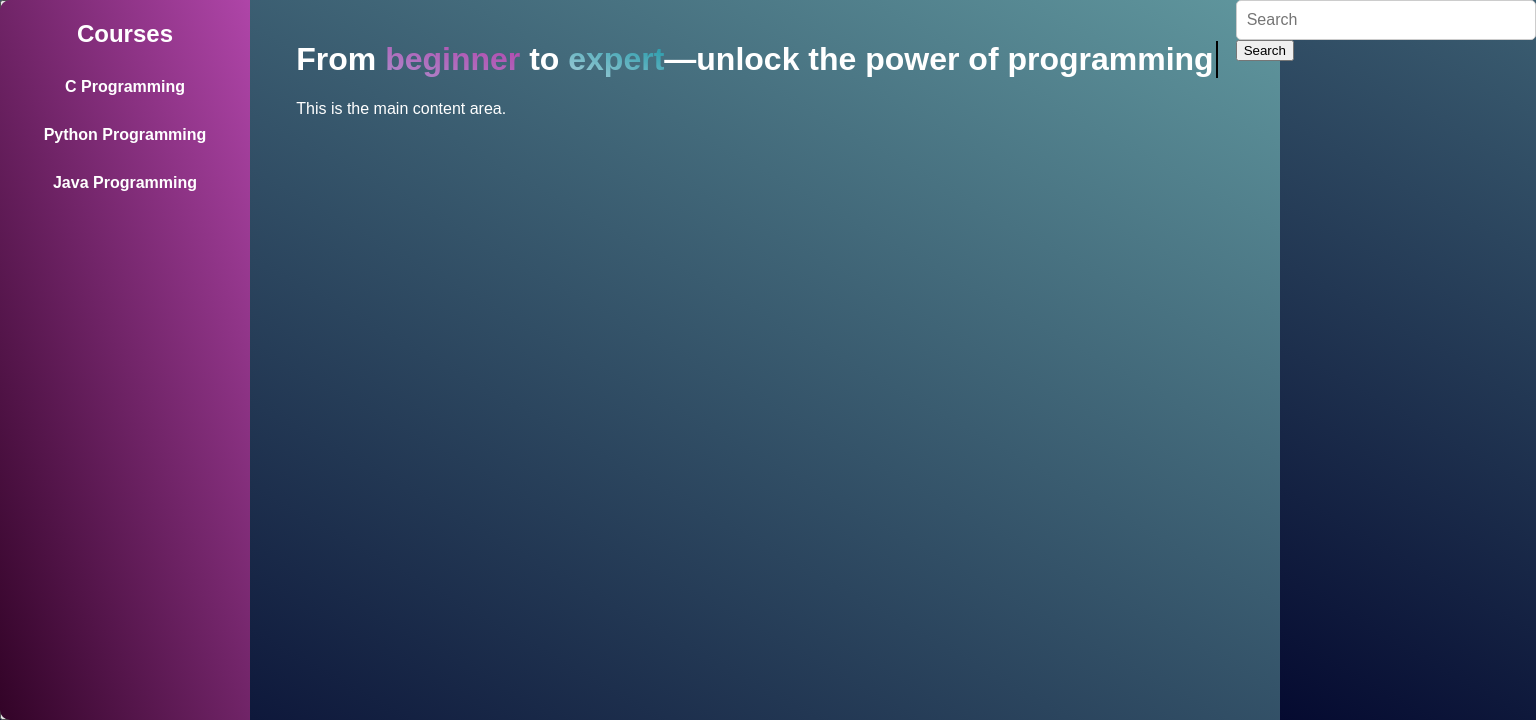
Repository: RishitSharma88/SeaGro
Page: templates/learningcourses.html
These files come from the project's save history. The page is drawn as it stood at one moment and after the next save; the edit follows.
The browser window is 1280 px wide. The page is 1536 px wide, then 1280 px, so the pictures cover 1536 px, including what lies to the right of the window. The pictures show the whole page.
The template is drawn by Flask 3. The application's start-up code is not run. The template is opened directly, without the code that normally fills it, so the values that code supplies are empty.

Above is the page before, as saved 2024-12-28 18:23:34.

After the next save:
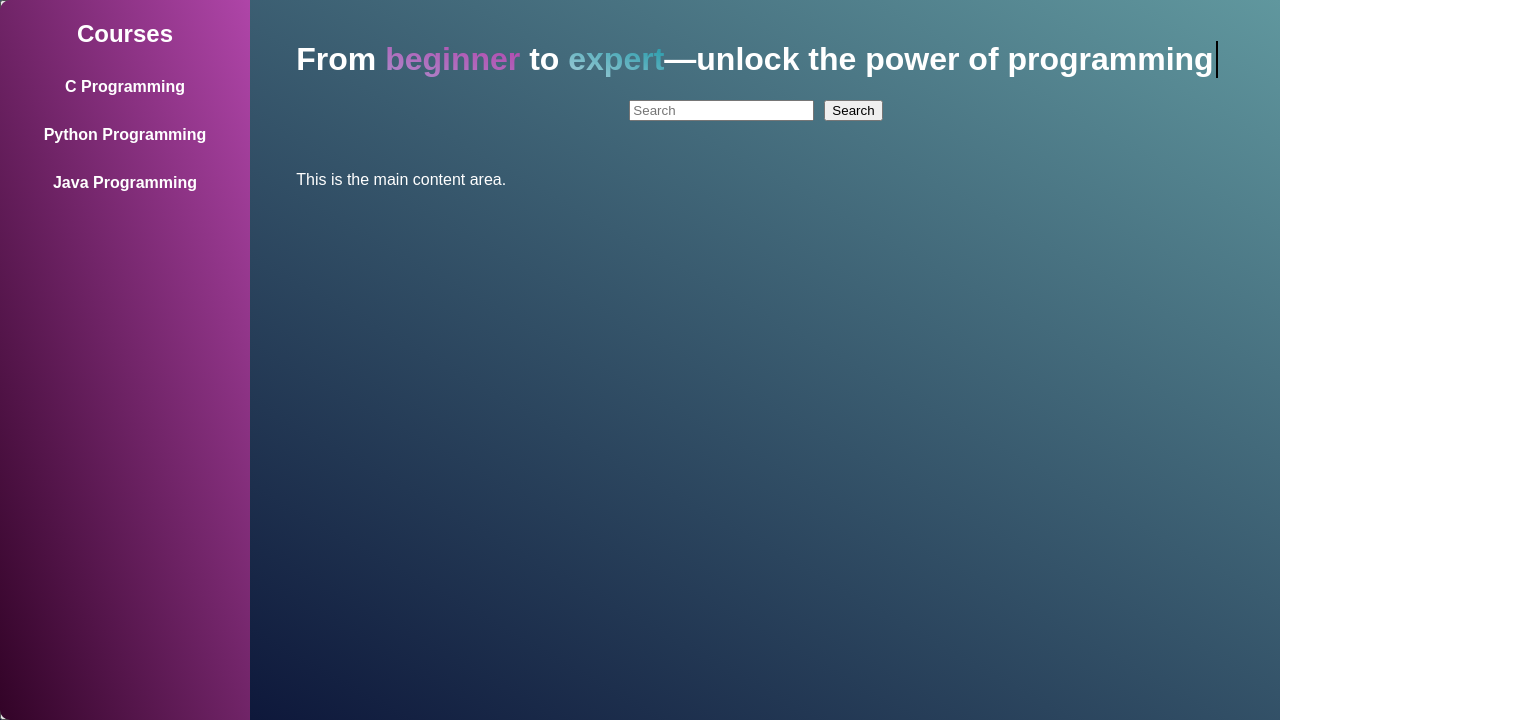
Saved 5 min 21 s later.
--- a/templates/learningcourses.html
+++ b/templates/learningcourses.html
@@ -98,25 +98,36 @@
             -webkit-background-clip: text;
             -webkit-text-fill-color: transparent;
         }
-        input[type="search"]
-        {
-            width:300px;
-            padding: 10px;
-            font-size: 16px;
-            border: 1px solid #ccc;
-            border-radius: 5px;
-        }
-        .button{
-            padding: 10px 15px;
-            background-color: #4caf50;
-            color: #fff;
-            border: none;
-            border-radius: 5px;
-            cursor: pointer;
-        }
-        .button:hover{
-            background-color: #45a049;
-        }
+        .search-container {
+    display: flex;
+    justify-content: center;
+    align-items: center;
+    margin-top: 20px; /* Adjust spacing from the heading */
+    animation: fadeIn 1.5s ease;
+}
+
+.search-form {
+    display: flex;
+    gap: 10px; /* Space between the input and button */
+    flex-wrap: wrap; /* Ensure it remains responsive */
+}
+
+.main-area {
+    margin-top: 50px; /* Space below the search bar for main content */
+}
+
+/* Add a fade-in animation for the search container */
+@keyframes fadeIn {
+    from {
+        opacity: 0;
+        transform: translateY(-20px); /* Slide in from above */
+    }
+    to {
+        opacity: 1;
+        transform: translateY(0);
+    }
+}
+
         /* .titlebox{
             background-color:#af45a8;
             max-width: fit-content;
@@ -172,19 +183,21 @@
     <button class="toggle-btn">&#9664;</button>
 
     <div class="titlebox">
-    <div class="main-content">
-        <h1 class="typing">
-            From <span class="highlight">beginner</span> to <span class="expert">expert</span>—unlock the power of programming
-        </h1>
-        <p>This is the main content area.</p>
-    </div>
-    </div>
-    <div>
-        <form method="post">
-            <input type="search" name="query" placeholder="Search">
-            <button type="submit">Search</button>
-        </form>
-    </div>
+        <div class="main-content">
+            <h1 class="typing">
+                From <span class="highlight">beginner</span> to <span class="expert">expert</span>—unlock the power of programming
+            </h1>
+            <div class="search-container">
+                <form method="post" class="search-form">
+                    <input type="search" name="query" placeholder="Search">
+                    <button type="submit" class="button">Search</button>
+                </form>
+            </div>
+            <div class="main-area">
+                <p>This is the main content area.</p>
+            </div>
+        </div>
+
 
 
     <!-- <script>
